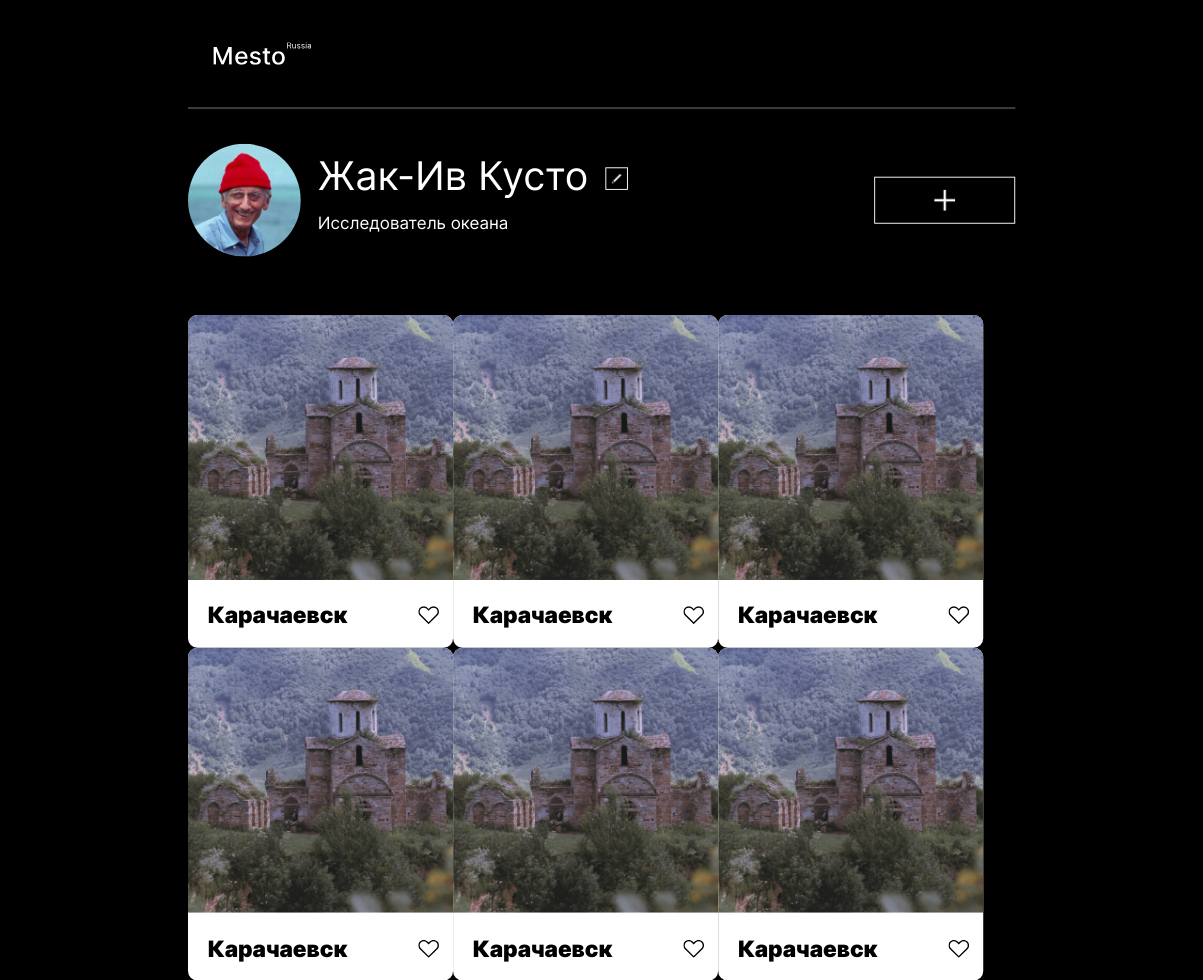
Repository: dyond/mesto
Page: index.html
These files come from the project's save history. The page is drawn as it stood at one moment and after a run of saves; the edit follows.
The browser window is 1280 px wide. The pictures show the whole page, at 94% of full size.

Above is the page before, as saved 2022-11-28 19:49:25.

### index.html
<!DOCTYPE html>
<html lang="ru">
<head>
  <meta charset="UTF-8">
  <meta http-equiv="X-UA-Compatible" content="IE=edge">
  <meta name="viewport" content="width=device-width, initial-scale=1.0">
  <link rel="stylesheet" href="pages/index.css">
  <title>Mesto</title>
</head>
<body class="root">
  <div class="page">
    <header class="header">
      <img src="images/logo.svg" alt="" class="header__logo">
      <hr class="header__line">
    </header>
    <main>
      <section class="profile">
        <img src="images/avatar.jpg" alt="" class="profile__avatar">
        <div class="profile__info">
          <div class="profile__info-group">
            <h1 class="profile__info-title">Жак-Ив Кусто</h1>
            <button class="profile__info-button profile__info-button__edit">
              <img src="images/Vector.png" alt="">
            </button>
          </div>
          <p class="profile__info-subtitle">Исследователь океана</p>

        </div>
        <button class="profile__info-button profile__info-button__add">
          <img src="images/Vector_2.png" alt="">
        </button>
      </section>
      <section class="cards">
        <div class="card">
          <img src="images/kirill-pershin-1088404-unsplash.jpg" alt="" class="card__image">
          <div class="card__group">
            <h2 class="card__title">Карачаевск</h2>
            <button class="card__button">
              <img src="images/vector_3.svg" alt="">
            </button>
          </div>
        </div>
        <div class="card">
          <img src="images/kirill-pershin-1088404-unsplash.jpg" alt="" class="card__image">
          <div class="card__group">
            <h2 class="card__title">Карачаевск</h2>
            <button class="card__button">
              <img src="images/vector_3.svg" alt="">
            </button>
          </div>
        </div>
        <div class="card">
          <img src="images/kirill-pershin-1088404-unsplash.jpg" alt="" class="card__image">
          <div class="card__group">
            <h2 class="card__title">Карачаевск</h2>
            <button class="card__button">
              <img src="images/vector_3.svg" alt="">
            </button>
          </div>
        </div>
        <div class="card">
          <img src="images/kirill-pershin-1088404-unsplash.jpg" alt="" class="card__image">
          <div class="card__group">
            <h2 class="card__title">Карачаевск</h2>
            <button class="card__button">
              <img src="images/vector_3.svg" alt="">
            </button>
          </div>
        </div>
        <div class="card">
          <img src="images/kirill-pershin-1088404-unsplash.jpg" alt="" class="card__image">
          <div class="card__group">
            <h2 class="card__title">Карачаевск</h2>
            <button class="card__button">
              <img src="images/vector_3.svg" alt="">
            </button>
          </div>
        </div>
        <div class="card">
          <img src="images/kirill-pershin-1088404-unsplash.jpg" alt="" class="card__image">
          <div class="card__group">
            <h2 class="card__title">Карачаевск</h2>
            <button class="card__button">
              <img src="images/vector_3.svg" alt="">
            </button>
          </div>
        </div>
      </section>
    </main>
  </div>
</body>
</html>

### pages/index.css
/* NORMALIZE */
@import url(../vendor/normalize.css);

/* ROOT */
@import url(../blocks/root/root.css);

/* PAGE */
@import url(../blocks/page/page.css);

/* FONTS */
@import url(../vendor/fonts/fonts.css);

/* HEADER */
@import url(../blocks/header/header.css);
@import url(../blocks/header/__logo/header__logo.css);
@import url(../blocks/header/__line/header__line.css);

/* PROFILE */
@import url(../blocks/profile/profile.css);
@import url(../blocks/profile/__avatar/profile__avatar.css);
@import url(../blocks/profile/__info-button/profile__info-button.css);
@import url(../blocks/profile/__info/profile__info.css);
@import url(../blocks/profile/__info-group/profile__info-group.css);
@import url(../blocks/profile/__info-title/profile__info-title.css);
@import url(../blocks/profile/__info-subtitle/profile__info-subtitle.css  );
@import url(../blocks/profile/__info-button/__edit/profile__info-button__edit.css);
@import url(../blocks/profile/__info-button/__add/profile__info-button__add.css);

/* CARDS */
@import url(../blocks/cards/cards.css);
@import url(../blocks/cards/card/card.css);
@import url(../blocks/cards/card/__title/card__title.css);
@import url(../blocks/cards/card/__button/card__button.css);
@import url(../blocks/cards/card/__group/card__group.css);
@import url(../blocks/cards/card/__image/card__image.css);

### blocks/root/root.css
.root{
  background: #000000;
}

### blocks/page/page.css
.page{
  font-family: 'Inter', Arial, sans-serif;
  max-width: 880px;
  margin: 0 auto;
}

### vendor/fonts/fonts.css
@font-face {
  font-family: "Inter";
  src: local("Inter"),
    url("./Inter-Regular.woff2") format("woff2"),
    url("./Inter-Regular.woff") format("woff");
  font-weight: 400;
}

@font-face {
  font-family: "Inter";
  src: local("Inter"),
    url("./Inter-Bold.woff2") format("woff2"),
    url("./Inter-Bold.woff") format("woff");
  font-weight: 700;
}

@font-face {
  font-family: "Inter";
  src: local("Inter"),
    url("./Inter-Black.woff2") format("woff2"),
    url("./Inter-Black.woff") format("woff");
  font-weight: 900;
}

### blocks/header/header.css
.header {
  margin: 28px 0 42px;
  height: 56px;
}

@media screen and (min-width: 880px) {
  .header {
      margin: 45px 0 40px;
  }
}

### blocks/header/__logo/header__logo.css
.header__logo{
  width: 104px;
  margin-bottom: 32px;
  margin-left: 27px;
}

@media screen and (min-width: 880px) {
  .header__logo {
    margin-bottom: 41px;
  }
}

### blocks/header/__line/header__line.css
.header__line{
  margin: 0;
  opacity: 0.7;
  border: 1px solid #545454;
  background-color: #545454;
}

### blocks/profile/profile.css
.profile{
  font-size: 0px;
  display: flex;
  flex-direction: column;
  align-items: center;
  flex-wrap: wrap;
  justify-content: space-between;
  margin-bottom: 36px;
}

@media screen and (min-width: 880px){
  .profile{
    flex-direction: row;
    margin-bottom: 50px;
  }
}

### blocks/profile/__avatar/profile__avatar.css
.profile__avatar{
  border-radius: 50%;
  max-width: 120px;
}

### blocks/profile/__info-button/profile__info-button.css
.profile__info-button:hover{
  cursor: pointer;
  opacity: 0.6;
}

### blocks/profile/__info/profile__info.css
.profile__info{
  color: #fff;
}

### blocks/profile/__info-group/profile__info-group.css
.profile__info-group {
  display: flex;
  align-items: center;
  margin-left: 25px;
}

@media screen and (min-width: 880px) {
  .profile__info-group {
    margin-left: 0;
  }
}

### blocks/profile/__info-title/profile__info-title.css
.profile__info-title{
  margin: 0 auto;
  font-weight: 500;
  font-size: 27px;
  line-height: 33px;
  text-align: center;
  margin-top: 26px;
  margin-bottom: 14px;
}

@media screen and (min-width: 880px) {
  .profile__info-title {
    margin-top: 22px;
    margin-bottom: 16px;
    font-size: 42px;
    line-height: 48px;
  }
}

### blocks/profile/__info-subtitle/profile__info-subtitle.css
.profile__info-subtitle{
  margin: 0;
  font-weight: 400;
  font-size: 14px;
  text-align: center;
  line-height: 17px;
  margin-bottom: 36px;
}

@media screen and (min-width: 880px) {
  .profile__info-subtitle {
    font-size: 18px;
    line-height: 22px;
    text-align: start;
  }
}

### blocks/profile/__info-button/__edit/profile__info-button__edit.css
.profile__info-button__edit{
  padding: 0;
  height: 18px;
  width: 18px;
  background: transparent;
  border: 1px solid #fff;
  margin-left: 10px;
  margin-top: 12px;
}

@media screen and (min-width: 880px) {
  .profile__info-button__edit {
    height: 24px;
    width: 24px;
    margin-top: 12px;
    margin-left: 18px;
  }
}

### blocks/profile/__info-button/__add/profile__info-button__add.css
.profile__info-button__add{
  padding: 0;
  width: 282px;
  height: 50px;
  background: transparent;
  border: 1px solid #fff;
}

@media screen and (min-width: 880px) {
  .profile__info-button__add {
    margin-left: 244px;
    width: 150px;
  }
}

### blocks/cards/cards.css
.cards{
  display: grid;
  grid-template-columns: repeat(auto-fill, 282px);
  row-gap: ;
  /* grid-template-rows: repeat(auto-fill, 282px); */
}

### blocks/cards/card/card.css
.card{
  margin: 0 auto;
  /* max-width: 282px; */
  border-radius: 10px;
  background-color: #fff;
  text-align: center;
}

### blocks/cards/card/__title/card__title.css
.card__title{
  font-weight: 900;
  font-size: 24px;
  line-height: 29px;
}

### blocks/cards/card/__button/card__button.css
.card__button{
  padding: 0;
  font-size: 0;
  background: transparent;
  border: none;
  color: #fff;
}

.card__button:hover{
  cursor: pointer;
  opacity: 0.6;
}

### blocks/cards/card/__group/card__group.css
.card__group{
  display: flex;
  justify-content: space-between;
  margin: 0px 15px 0px 21px;
}

### blocks/cards/card/__image/card__image.css
.card__image{
  max-width: 282px;
  border-top-right-radius: 10px;
  border-top-left-radius: 10px;
}

Loaded but not shown: vendor/normalize.css (library)

After the next 2 saves:
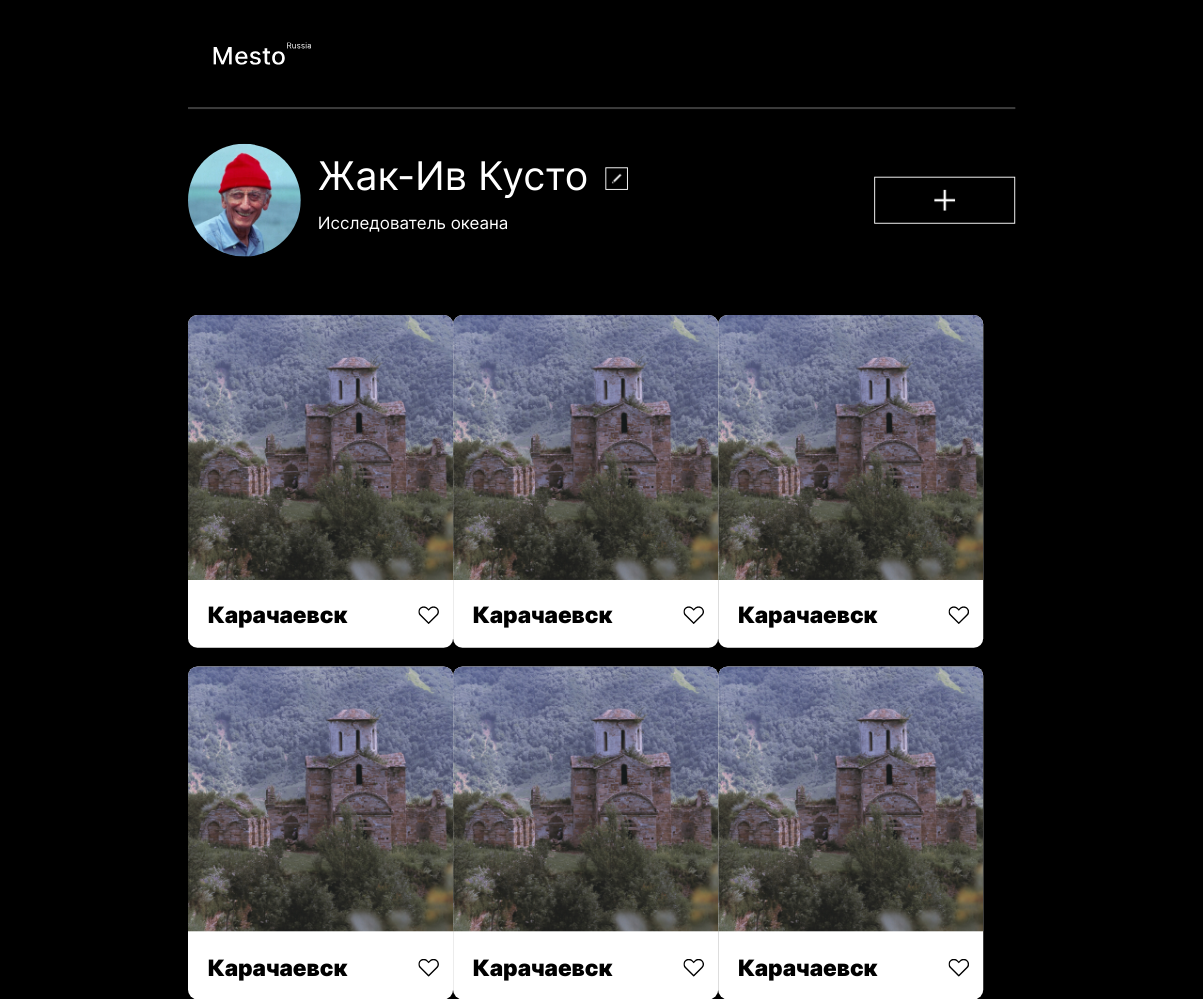
The 2 saves are shown as one change because they came seconds apart.
The last was saved 7 s later.
--- a/blocks/cards/cards.css
+++ b/blocks/cards/cards.css
@@ -1,6 +1,6 @@
 .cards{
   display: grid;
   grid-template-columns: repeat(auto-fill, 282px);
-  row-gap: ;
+  row-gap: 20px;
   /* grid-template-rows: repeat(auto-fill, 282px); */
 }
